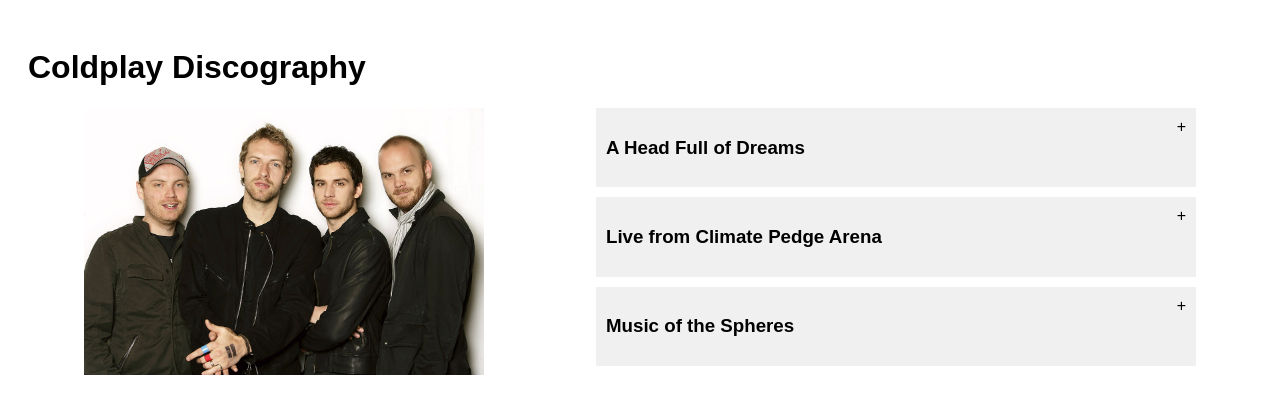
Repository: MelissaJacobi/Frontend-lab-1
Page: /
The author's editor kept a copy of each file at every save. The page is drawn from the files as they stood at one save, then again after the next save.
The browser window is 1280 px wide. The pictures show the whole page.
The project was rebuilt for these pictures with package versions that can differ from the ones it lists, and the page was loaded fresh each time. Also part of the build but not shown: vite.config.js.

Above is the page before, as saved 2024-09-11 20:04:16.

### src/App.jsx
import React from 'react';
import './index.css';
import Accordion from './Components/Accordion';

function App() {
  return (
    <div className="app">
      <h1>Coldplay Discography</h1>
      <div className='content'>
        <img className="band-img" src="/public/Coldplay-All-Members.jpg" alt="coldplay members"></img>
        <Accordion />
      </div>
    </div>
  );
}

export default App;

### src/index.css
.app {
  font-family: sans-serif;
  padding: 20px;
}

.accordion {
  width: 100%;
  max-width: 600px;
  margin: 0 auto;
}

.band-img {
  width: 400px;
  height: 100%;
  margin: 0 auto;
}

.accordion-item {
  margin-bottom: 10px;
}

.accordion-header {
  padding: 10px;
  display: flex;
  justify-content: space-between;
  background-color: #f0f0f0;
}

.accordion-content {
  padding: 10px;
  background-color: #fff;
}

.accordion-header:hover {
  background-color: #e0e0e0;
}

.content {
  display: flex;
  justify-content: center;
}

### src/Components/Accordion.jsx
import React, { useState } from 'react';

const AccordionItem = ({ title, content }) => {
  const [isOpen, setIsOpen] = useState(false);

  const toggleAccordion = () => {
    setIsOpen(!isOpen);
  };

  return (
    <div className="accordion-item">
      <div className="accordion-header" onClick={toggleAccordion}>
        <h3>{title}</h3>
        <span>{isOpen ? '-' : '+'}</span>
      </div>
      {isOpen && (
        <div className="accordion-content">
          {content.map((item, index) => (
            <p key={index}>{item}</p>
          ))}
        </div>
      )}
    </div>
  );
};

const Accordion = () => {
  const accordionData = [
    {
      title: 'A Head Full of Dreams',
      content: ['A Head Full of Dreams', 'Birds', 'Hymn For the Weekend', 'Everglow', 'Adventure of a Lifetime', 'Fun', 'keleidoscope', 'Army of One', 'Amazing day', 'Color Spectrum', 'Up&Up', 'Something just like this'],
    },
    {
      title: 'Live from Climate Pedge Arena',
      content: ['Viva la Vida', 'Human Heart', 'People of Pride', 'Fix you'],
    },
    {
      title: 'Music of the Spheres',
      content: ['Music of the Spheres', 'Higher power', 'Humankind', 'Alien Choir', 'Let somebody go', 'Biutyful', 'my universe', 'infinity sign', 'Coloratura', 'higher power', 'My Universe'],
    },
  ];

  return (
    <div className="accordion">
      {accordionData.map((item, index) => (
        <AccordionItem key={index} title={item.title} content={item.content} />
      ))}
    </div>
  );
};

export default Accordion;

Loaded but not shown: index.html (common file); src/main.jsx (common file)

After the next save:
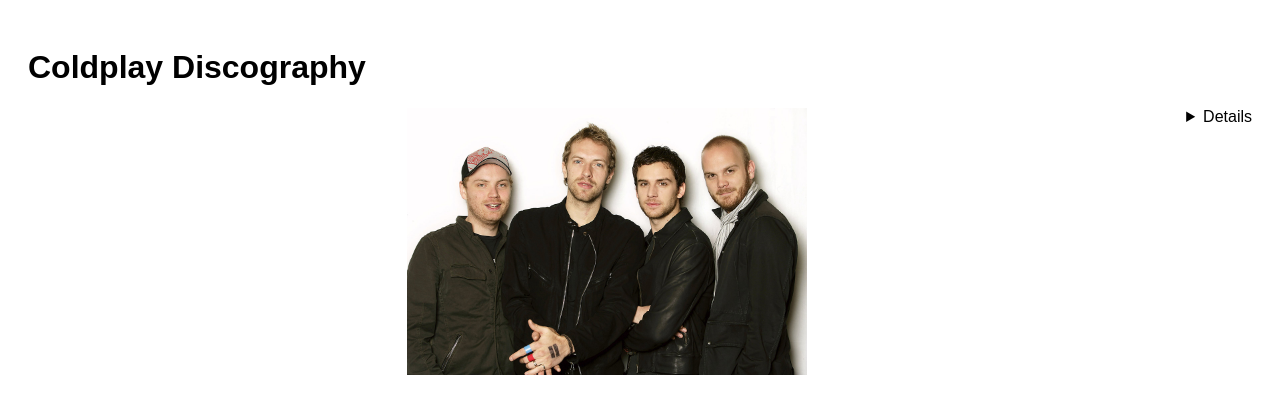
Saved 2 days later.
--- a/src/App.jsx
+++ b/src/App.jsx
@@ -8,7 +8,10 @@
       <h1>Coldplay Discography</h1>
       <div className='content'>
         <img className="band-img" src="/public/Coldplay-All-Members.jpg" alt="coldplay members"></img>
-        <Accordion />
+        <details>
+          <summary>Details</summary>
+            Something small enough to escape casual notice.
+          </details>
       </div>
     </div>
   );
